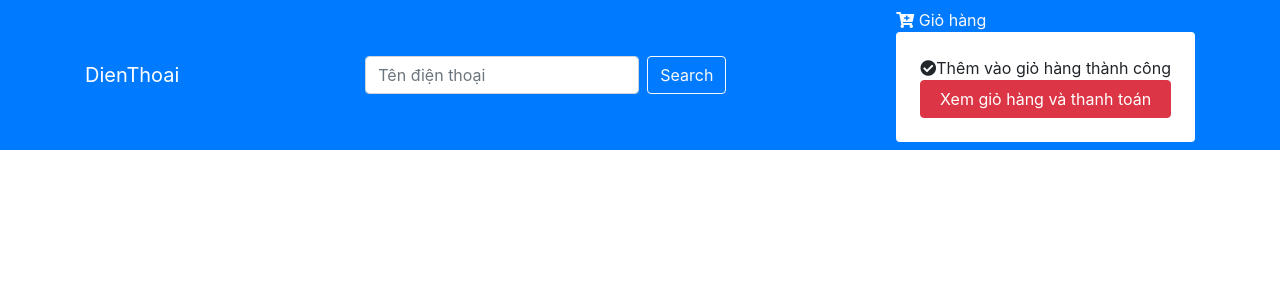
Repository: dovanthao2404/BC14_Bai_Tap_Ban_Dien_Thoai_dovanthao
Page: app/views/index.html
These files come from the project's save history. The page is drawn as it stood at one moment and after the next save; the edit follows.
The browser window is 1280 px wide. The pictures show the whole page.
Some web libraries are served in a nearby version. The style sheet was rebuilt from its Sass, Less or Tailwind sources for each picture, by a compiler version that may differ from the author's.

Above is the page before, as saved 2021-08-14 16:04:47.
Console error (its wording comes from the project's code and is left out).

After the next save:
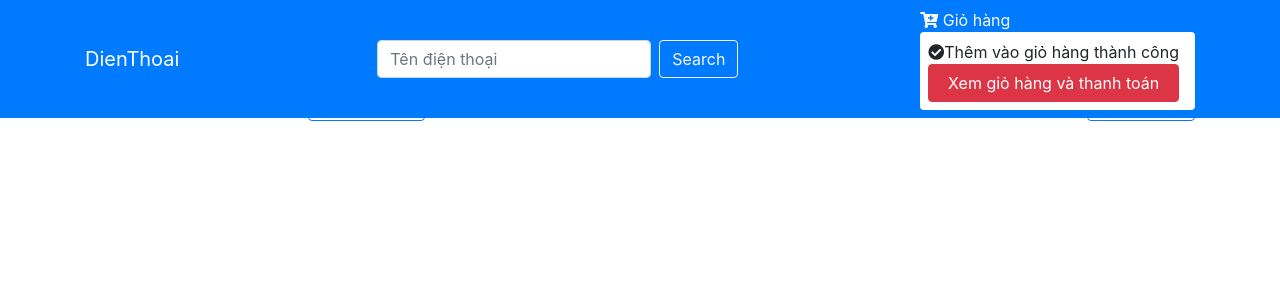
Saved 27 s later.
--- a/app/views/index.html
+++ b/app/views/index.html
@@ -48,7 +48,7 @@
           <a href="cart.html" class="text-light">
             <i class="fa fa-cart-plus"></i> Giỏ hàng
           </a>
-          <div class="notifiSuccess p-4 bg-white rounded">
+          <div class="notifiSuccess py-2 pl-2 pr-3 bg-white rounded">
             <div class="d-flex align-items-center">
               <i class="fa fa-check-circle"></i>
               <p class="m-0">Thêm vào giỏ hàng thành công</p>
